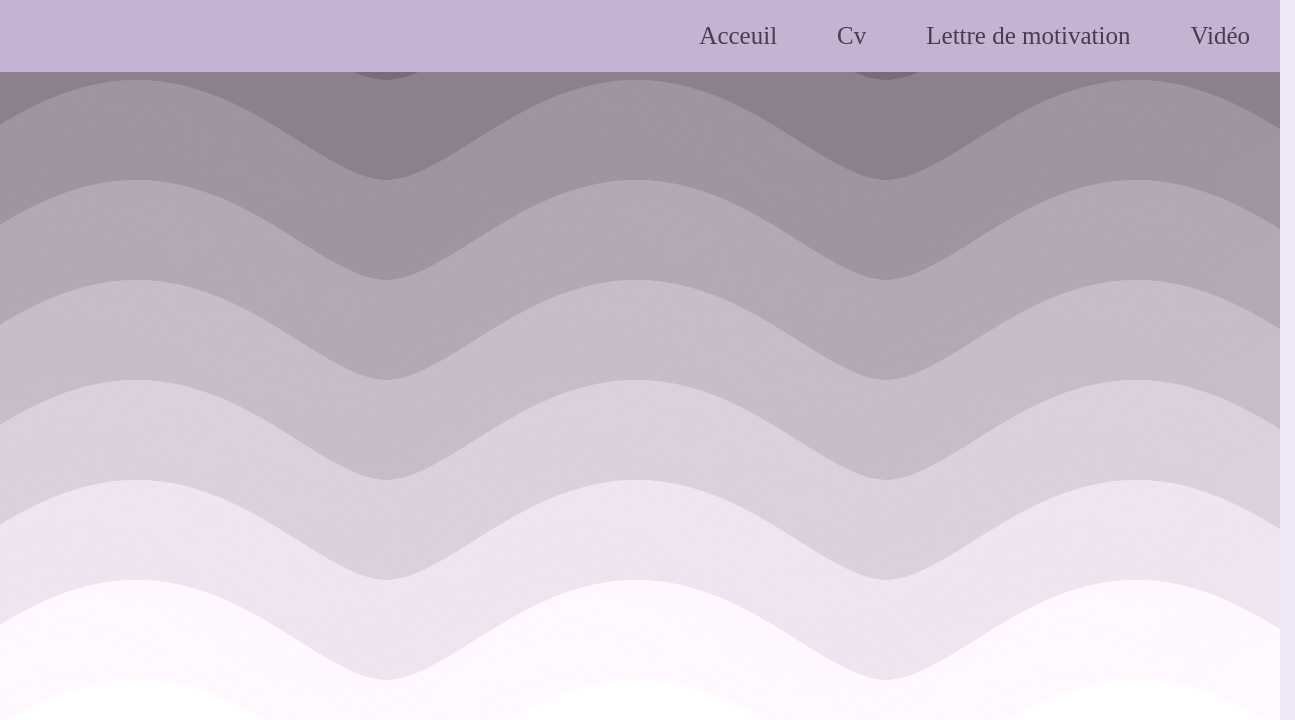
Repository: Iban-del/ProjetBacIban
Page: index.html
An editor plug-in stored every save of this project. The page is shown before and after the next save, followed by the edit.
The browser window is 1280 px wide. The page is 1280 px wide, then 1295 px, so the pictures cover 1295 px, including what lies to the right of the window. The pictures show the whole page.
The page's requests for data from a server got no answer.

Above is the page before, as saved 2025-02-24 22:10:03.

After the next save:
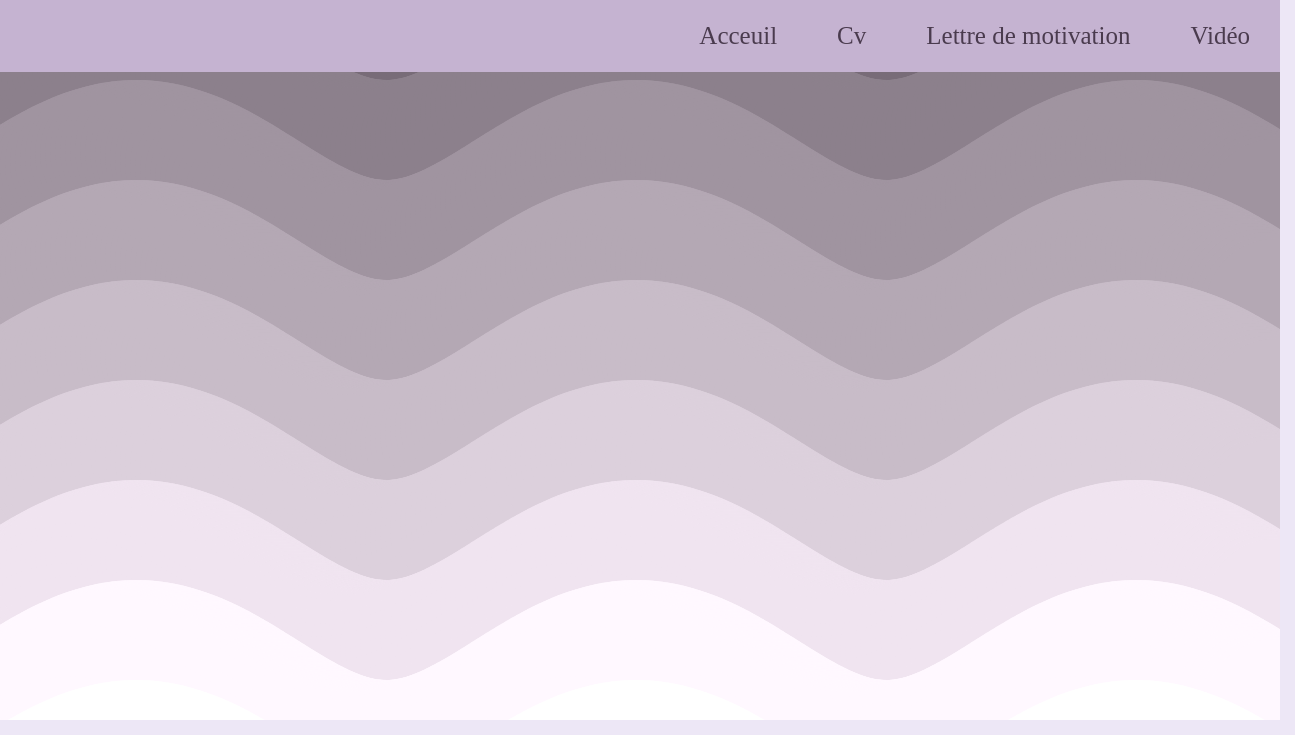
Saved 62 s later.
--- a/css/index.css
+++ b/css/index.css
@@ -12,7 +12,7 @@ html, body {
 .navBar {
     height: 10%;
     width: 100%;
-    position: fixed;
+    position: absolute;
     background-color: #C5B3D1;
     display: flex;
     justify-content: end;
@@ -23,7 +23,7 @@ html, body {
 .bg1, .bg2 {
     overflow-x: clip;
     z-index: -1;
-    position: fixed;
+    position: absolute;
 }
 
 .button-navBar {
@@ -45,7 +45,7 @@ html, body {
 
 .home {
     display: flex;
-    position: fixed;
+    position: absolute;
     width: 100%;
     height: 90%;
     top: 10%;
